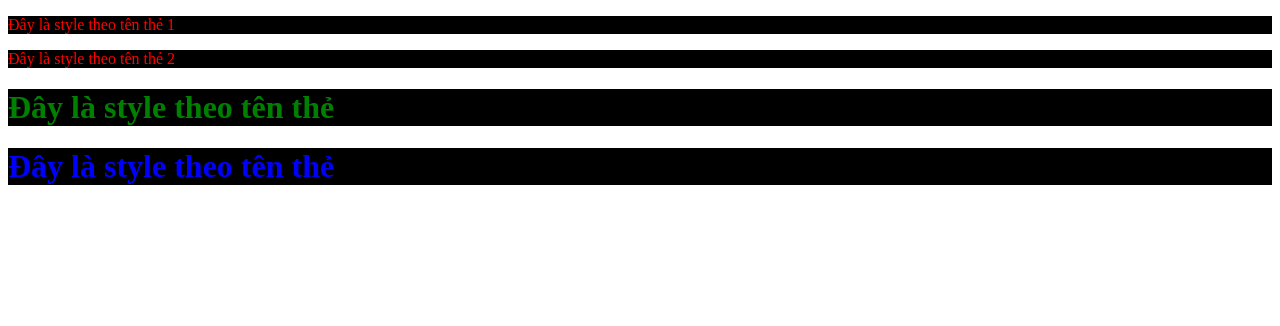
Repository: longNT0dev/C4E132
Page: SS3/index.html
An editor plug-in stored every save of this project. The page is shown before and after the next save, followed by the edit.
The browser window is 1280 px wide. The pictures show the whole page.

Above is the page before, as saved 2022-09-28 21:19:05.

After the next save:
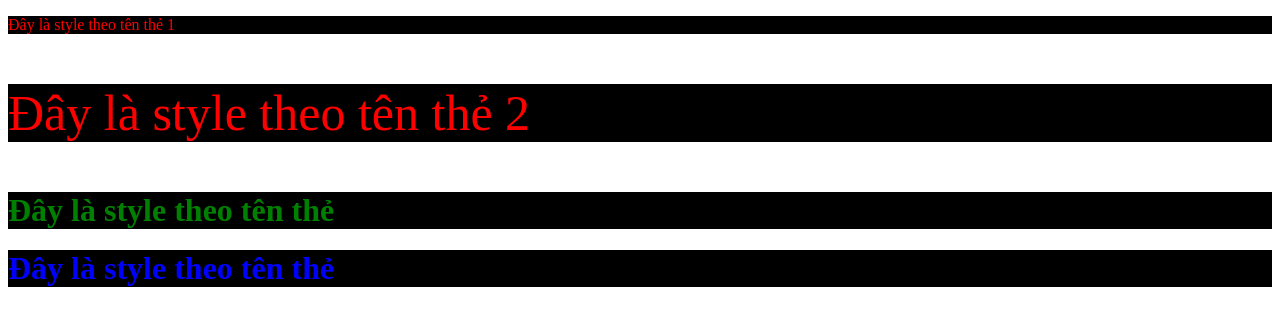
Saved 7 s later.
--- a/SS3/index.html
+++ b/SS3/index.html
@@ -11,7 +11,7 @@
 </head>
 <body>
     <p>Đây là style theo tên thẻ 1</p>
-    <p class="">Đây là style theo tên thẻ 2</p>
+    <p class="big-font-size">Đây là style theo tên thẻ 2</p>
     <h1 class="class-1 class-2">Đây là style theo tên thẻ</h1>
     <h1 id="id-1">Đây là style theo tên thẻ</h1>
 </body>
